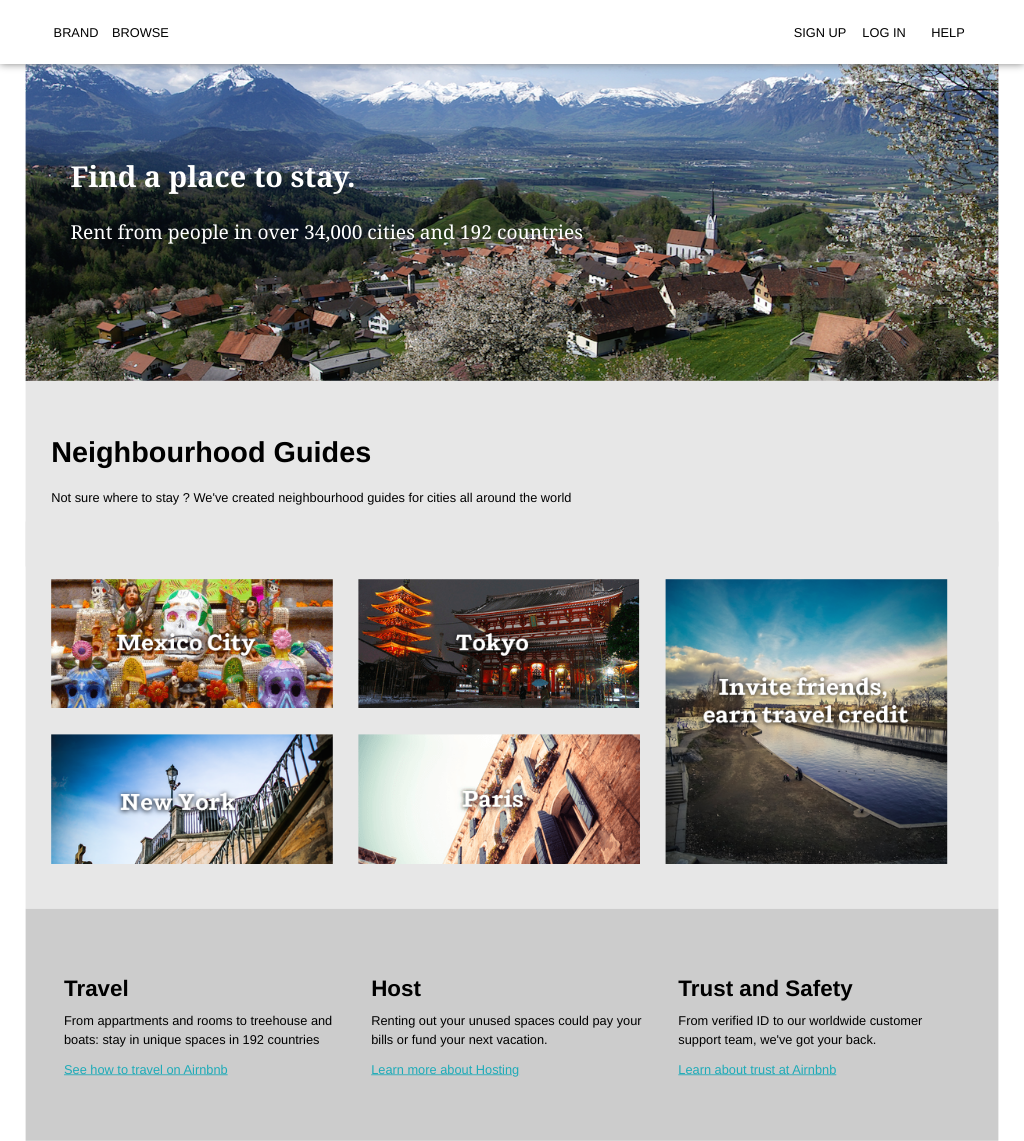
Repository: Naohonproject/web101x02-asm3
Page: Project3.html
An editor plug-in stored every save of this project. The page is shown before and after the next save, followed by the edit.
The browser window is 1280 px wide. The pictures show the whole page, at 80% of full size.

Above is the page before, as saved 2022-01-22 17:54:24.

### Project3.html
<!-- @format -->

<!DOCTYPE html>
<html lang="en">
	<head>
		<meta charset="UTF-8" />
		<meta http-equiv="X-UA-Compatible" content="IE=edge" />
		<meta name="viewport" content="width=device-width, initial-scale=1.0" />
		<link rel="stylesheet" href="./assets/css/style.css" />

		<link rel="stylesheet" href="./assets/css/layout.css" />
		<link rel="stylesheet" href="./assets/css/responsive.css" />
		<title>Home</title>
	</head>
	<body id="web-container">
		<header id="header">
			<div class="header-wrapper">
				<div class="nav-bar">
					<div class="left-col">
						<div class="nav-item ml">
							<a href="#">Brand</a>
						</div>

						<div class="nav-item ml">
							<a href="#">Browse</a>
						</div>
					</div>

					<div class="right-col">
						<div class="nav-item ml">
							<a href="Signup.html" target="_blank">Sign Up</a>
						</div>

						<div class="nav-item ml">
							<a href="login.html" target="_blank">Log In</a>
						</div>

						<div class="nav-item ml mr">
							<a href="#" target="_blank">Help</a>
						</div>
					</div>
				</div>
			</div>
		</header>

		<div id="main" class="p-32">
			<div id="banner">
				<div class="banner-wrapper">
					<div class="content-heading">
						<h1 class="bold-text white-text">Find a place to stay.</h1>
					</div>
					<div class="content-desc">
						<p class="white-text">
							Rent from people in over 34,000 cities and 192 countries
						</p>
					</div>
				</div>
			</div>

			<div id="section">
				<div class="section-wrapper">
					<div class="section-heading">
						<h2 class="bold-text">Neighbourhood Guides</h2>
					</div>
					<div class="section-desc">
						<p>
							Not sure where to stay ? We've created neighbourhood guides for
							cities all around the world
						</p>
					</div>
				</div>
			</div>

			<div id="img-list">
				<div class="img-list-wrapper row">
					<div class="image-block col-tablet-6 col-desktop-4">
						<img
							src="./assets/img/web101x-Mexico City.png"
							alt="Mexico City"
							width="360"
						/>
						<img
							src="./assets/img/web101x-New York.png"
							alt="New York City"
							width="360"
						/>
					</div>
					<div class="image-block col-tablet-6 col-desktop-4">
						<img
							src="./assets/img/web101x-Tokyo.png"
							alt="Tokyo City"
							width="360"
						/>
						<img
							src="./assets/img/web101x-Paris.png"
							alt="Paris City"
							width="360"
						/>
					</div>
					<div class="image-block col-tablet-6 col-desktop-4">
						<img
							src="./assets/img/web101x-Invitation.png"
							alt="Invitation image"
							width="360"
						/>
					</div>
				</div>
			</div>
		</div>

		<footer id="footer" class="p-32">
			<div class="footer-wrapper row">
				<div class="footer-block col-desktop-4">
					<h3 class="bold-text">Travel</h3>
					<p>
						From appartments and rooms to treehouse and boats: stay in unique
						spaces in 192 countries
					</p>
					<a href="#">See how to travel on Airnbnb</a>
				</div>

				<div class="footer-block col-desktop-4">
					<h3 class="bold-text">Host</h3>
					<p>
						Renting out your unused spaces could pay your bills or fund your
						next vacation.
					</p>
					<a href="#">Learn more about Hosting</a>
				</div>

				<div class="footer-block col-desktop-4">
					<h3 class="bold-text">Trust and Safety</h3>
					<p>
						From verified ID to our worldwide customer support team, we've got
						your back.
					</p>
					<a href="#">Learn about trust at Airnbnb</a>
				</div>
			</div>
		</footer>
	</body>
</html>

### assets/css/style.css
/**
 * /* ======reset css======
 *
 * @format
 */

*,
::before,
::after {
	padding: 0;
	margin: 0;
	box-sizing: border-box;
	list-style-type: none;
	text-decoration: none;
	color: #000;
}

html {
	font-family: "Helvetica Neue", Helvetica, Arial;
}

.header-wrapper {
	font-size: 16px;
}

.nav-bar a {
	color: #fff;
	text-transform: uppercase;
}

### assets/css/layout.css
/** @format */

.ml {
	margin-left: 10px;
}

.mr {
	margin-right: 10px;
}

.row {
	display: flex;
	flex-direction: row;
	flex-wrap: wrap;
}

.bold-text {
	font-size: 36px;
	font-weight: bold;
}

.row > * {
	width: 100%;
	max-width: 100%;
	flex-shrink: 0;
}

.col-1 {
	width: 8.33%;
}
.col-2 {
	width: 16.66%;
}
.col-3 {
	width: 25%;
}
.col-4 {
	width: 33.33%;
}
.col-5 {
	width: 41.66%;
}
.col-6 {
	width: 50%;
}
.col-7 {
	width: 58.33%;
}
.col-8 {
	width: 66.66%;
}
.col-9 {
	width: 75%;
}
.col-10 {
	width: 83.33%;
}
.col-11 {
	width: 91.66%;
}
.col-12 {
	width: 100%;
}

#header {
	width: 100%;
	height: 80px;
	background-color: #60646d;
	background-clip: border-box;
	position: fixed;
	left: 0;
	top: 0;
	z-index: 1;
}

.nav-bar {
	display: flex;
	flex-direction: row;
	flex-wrap: no-wrap;
	align-items: center;
	justify-content: space-evenly;
	padding: 0 20px;
}

.nav-item {
	width: 70px;
	height: 80px;
	padding: 32px 0;
	text-align: center;
}

.left-col {
	display: flex;
	flex: 2;
	flex-direction: row;
	justify-content: space-around;
	align-items: center;
}

.right-col {
	display: flex;
	flex: 3;
	flex-direction: row;
	justify-content: space-around;
	align-items: center;
}

#main {
	margin-top: 80px;
}

#main,
#footer {
	padding: 32px;
}

#banner {
	width: 100%;
	background-color: #fff;
	color: #000;
	position: relative;
	top: 0;
	left: 0;
}

div[class*="-heading"] {
	padding-top: 36px;
}

div[class*="-desc"] {
	margin-top: 16px;
}

#section {
	margin-top: 42px;
}

#img-list {
	width: 100%;
}

.img-list-wrapper {
	padding: 24px 0;
	margin: 0 auto;
}

#img-list img {
	width: 100%;
	margin-top: 56px;
}

.footer-block {
	padding: 24px 0;
}

.footer-block > * {
	padding: 16px 0;
}

#footer a {
	color: #2cc990;
	text-decoration: underline;
}

### assets/css/responsive.css
/**
 * /* ========responsive for tablet==============
 *
 * @format
 */

@media screen and (min-width: 768px) {
	#header {
		background-color: #60646d;
	}

	.nav-bar {
		padding: 0 28px;
	}

	.left-col {
		justify-content: flex-start;
	}

	.right-col {
		justify-content: flex-end;
	}

	.ml {
		margin-left: 14px;
	}

	.mr {
		margin-right: 14px;
	}

	.img-list-wrapper {
		margin: 0 -24px;
	}

	.col-tablet-1 {
		width: 8.33%;
	}
	.col-tablet-2 {
		width: 16.66%;
	}
	.col-tablet-3 {
		width: 25%;
	}
	.col-tablet-4 {
		width: 33.33%;
	}
	.col-tablet-5 {
		width: 41.66%;
	}
	.col-tablet-6 {
		width: 50%;
		padding: 0 24px;
	}
	.col-tablet-7 {
		width: 58.33%;
	}
	.col-tablet-8 {
		width: 66.66%;
	}
	.col-tablet-9 {
		width: 75%;
	}
	.col-tablet-10 {
		width: 83.33%;
	}
	.col-tablet-11 {
		width: 91.66%;
	}
	.col-tablet-12 {
		width: 100%;
	}

	#footer p {
		padding-top: 0;
	}

	#main {
		padding-bottom: 0;
	}

	#footer {
		padding-top: 0;
		padding-bottom: 0;
	}

	.footer-block {
		margin-top: 32px;
	}

	#banner {
		border-bottom: 1px solid #d4d4d4;
	}

	div[class*="-desc"] {
		padding-bottom: 32px;
	}

	#img-list {
		margin-top: -56px;
	}
}

/* ========responsive for desktop */

@media screen and (min-width: 992px) {
	#header {
		background-color: #fff;
		box-shadow: 0 0 10px gray;
	}

	#header .nav-item {
		width: 100px;
		transition: all 1s;
	}

	#header .nav-item:hover {
		background-color: #282830;
		cursor: pointer;
		transform: scale(1.1);
	}

	#header .nav-item:hover a {
		color: #fff;
	}

	.nav-bar {
		padding: 0 50px;
	}

	.left-col {
		justify-content: flex-start;
	}

	.right-col {
		justify-content: flex-end;
	}

	.ml {
		margin-left: 18px;
	}

	.mr {
		margin-right: 18px;
	}

	.nav-bar a {
		color: #000;
	}

	.col-desktop-1 {
		width: 8.33%;
	}
	.col-desktop-2 {
		width: 16.66%;
	}
	.col-desktop-3 {
		width: 25%;
	}
	.col-desktop-4 {
		width: 33.33%;
		padding: 0 16px;
	}
	.col-desktop-5 {
		width: 41.66%;
	}
	.col-desktop-6 {
		width: 50%;
	}
	.col-desktop-7 {
		width: 58.33%;
	}
	.col-desktop-8 {
		width: 66.66%;
	}
	.col-desktop-9 {
		width: 75%;
	}
	.col-desktop-10 {
		width: 83.33%;
	}
	.col-desktop-11 {
		width: 91.66%;
	}
	.col-desktop-12 {
		width: 100%;
	}

	#main {
		margin-top: -32px;
	}

	#banner {
		padding-top: 39.123607%;
		background: url(../img/banner/banner.png) top center / cover no-repeat;
		background-origin: border-box;
		border: none;
	}

	.banner-wrapper {
		position: absolute;
		top: 160px;
		left: 56px;
	}

	#banner > * {
		font-family: Georgia, "Times New Roman", Times, serif;
	}

	#banner .content-heading {
		font-size: 28px;
	}

	#banner .content-desc {
		font-size: 24px;
	}

	.white-text {
		color: #fff;
	}

	#section,
	#img-list {
		background-color: #e7e7e7;
		background-clip: border-box;
	}

	#section {
		margin-top: 0;
	}

	#img-list .img-list-wrapper {
		margin-left: -16px;
		margin-right: -16px;
		display: flex;
		width: 100%;
		height: auto;
		align-items: stretch;
	}

	.image-block {
		display: flex;
		flex-direction: column;
		justify-content: space-between;
	}

	#img-list img {
		width: 100%;
		margin-top: 16px;
	}

	#section,
	#img-list {
		padding: 32px;
		height: auto;
	}

	img {
		transition: all 0.8;
	}

	.footer-wrapper {
		padding: 40px 32px 80px 32px;
		background-color: #ccc;
	}

	#footer h3 {
		font-size: 28px;
	}

	#footer h3,
	p,
	a {
		padding: 12px 0px;
	}

	#footer p {
		line-height: 24px;
	}
	#footer a {
		color: #1dabb8;
	}
}

After the next save:
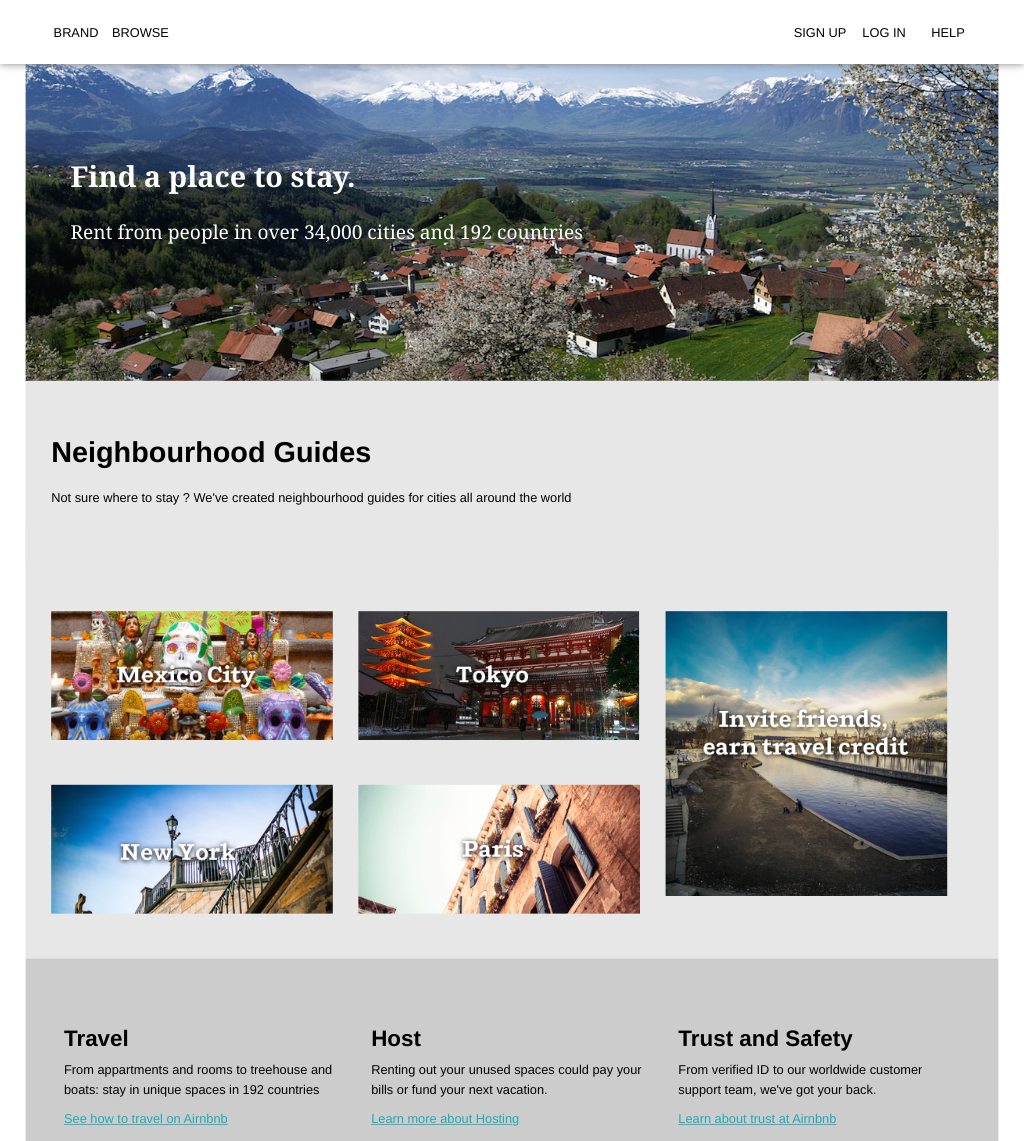
Saved 5 s later.
--- a/assets/css/responsive.css
+++ b/assets/css/responsive.css
@@ -256,7 +256,7 @@
 	}
 
 	img {
-		transition: all 0.8;
+		transition: all 0.8s;
 	}
 
 	.footer-wrapper {
